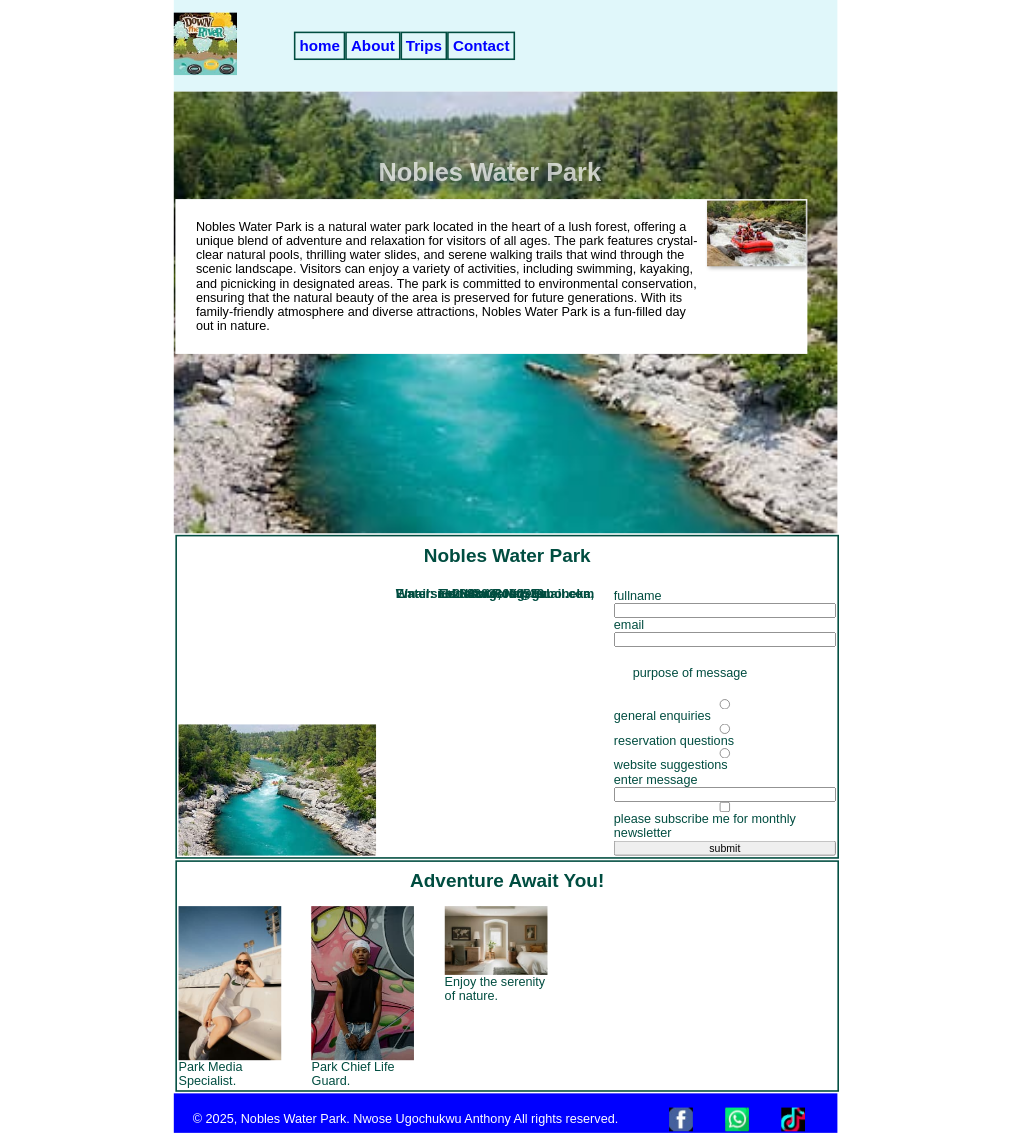
Repository: NoblesNigeria/wdd130
Page: wwr/contact.html
An editor plug-in stored every save of this project. The page is shown before and after the next save, followed by the edit.
The browser window is 1280 px wide. The pictures show the whole page, at 79% of full size.

Above is the page before, as saved 2025-09-24 13:27:56.

After the next save:
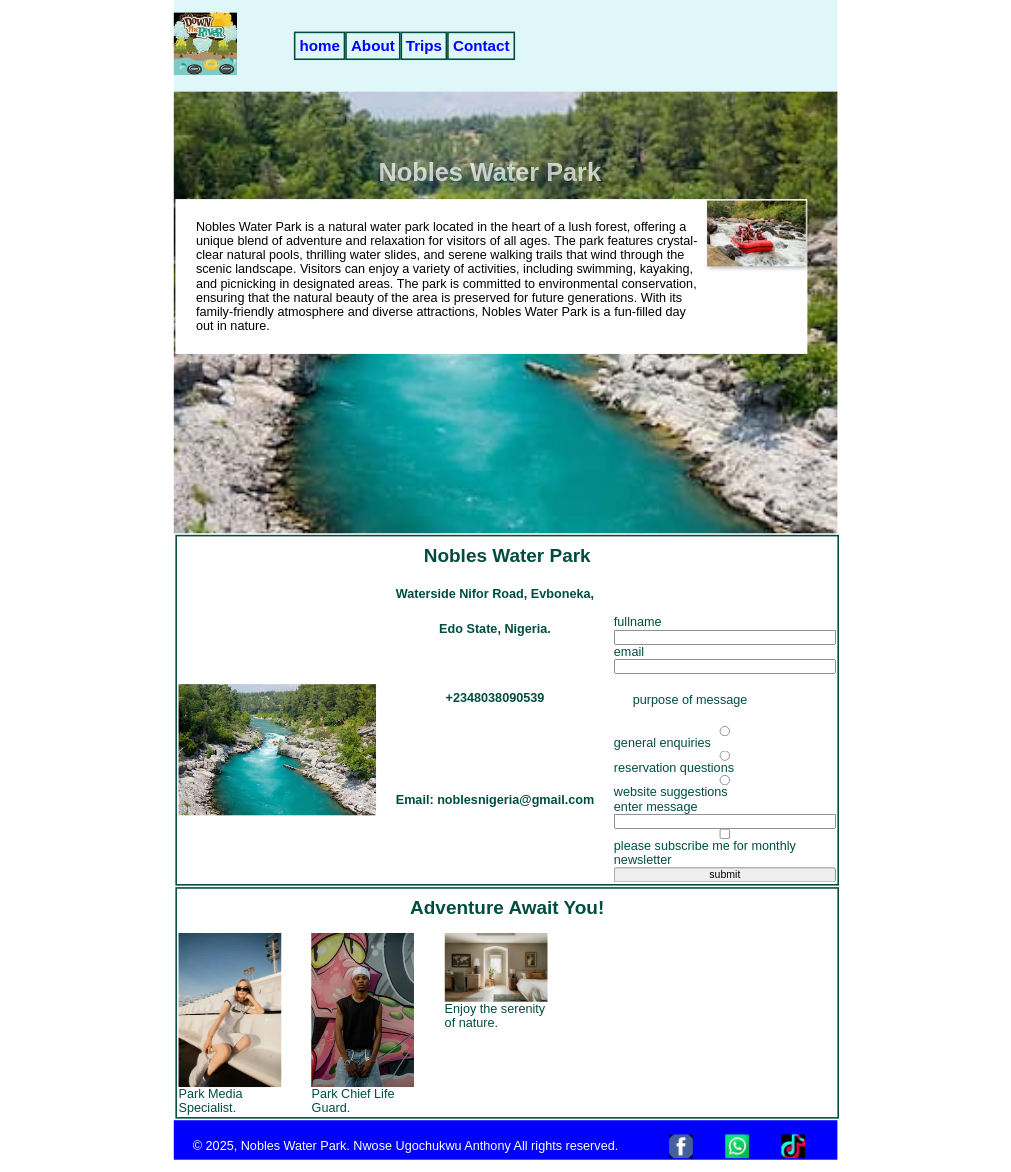
Saved 2 min 9 s later.
--- a/wwr/styles/rafting.css
+++ b/wwr/styles/rafting.css
@@ -94,7 +94,6 @@ aside h3{
     padding: 8px;
     position: block;
     grid-column: 2/4;
-    grid-row:2/6;
     font-size: medium;
 }
 aside form{
